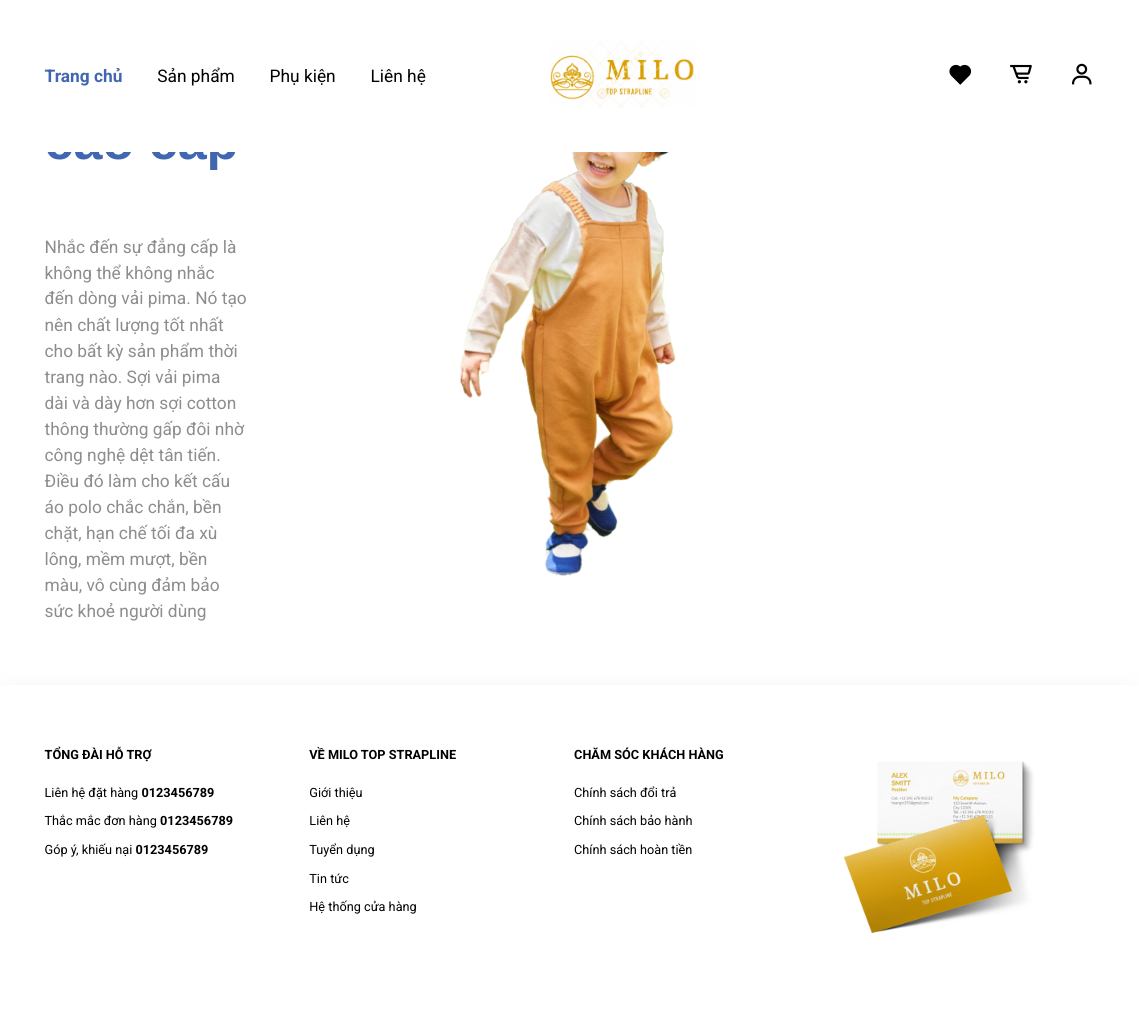
Repository: QuyHoang99k/shop
Page: /
These files come from the project's save history. The page is drawn as it stood at one moment and after the next save; the edit follows.
The browser window is 1280 px wide. The pictures show the whole page, at 89% of full size.
The project was rebuilt for these pictures with package versions that can differ from the ones it lists, and the page was loaded fresh each time. Also part of the build but not shown: src/pages/Catalog.jsx, src/pages/Cart.jsx, src/pages/Product.jsx.

Above is the page before, as saved 2021-10-16 14:50:51.

After the next save:
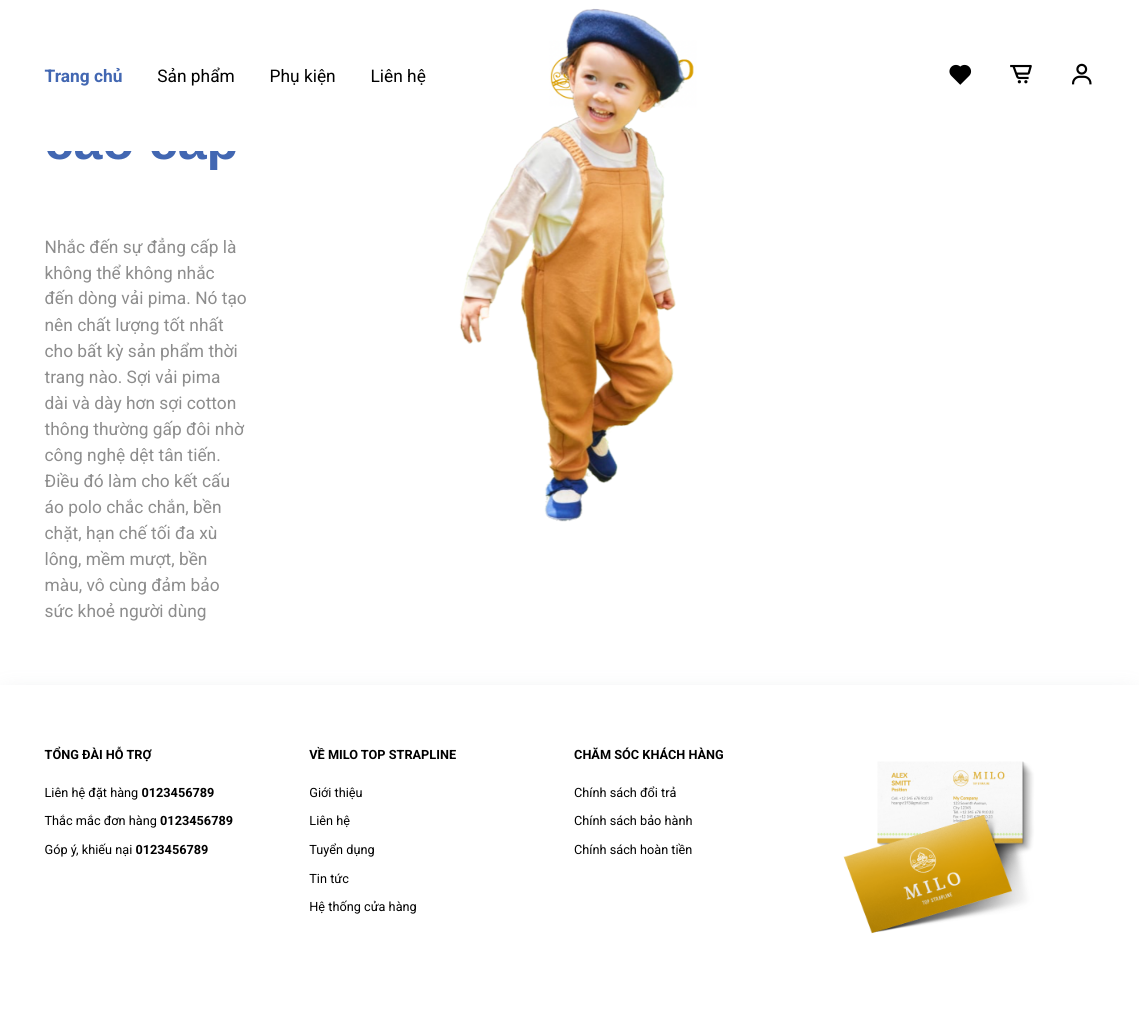
Saved 22 min 1 s later.
--- a/src/sass/components/_hero-slider.scss
+++ b/src/sass/components/_hero-slider.scss
@@ -54,6 +54,10 @@
         &__image{
             flex-grow: 1;
             position: relative;
+            height: 100%;
+            z-index: 99;
+            pointer-events: none;
+
         }
     }
 }
